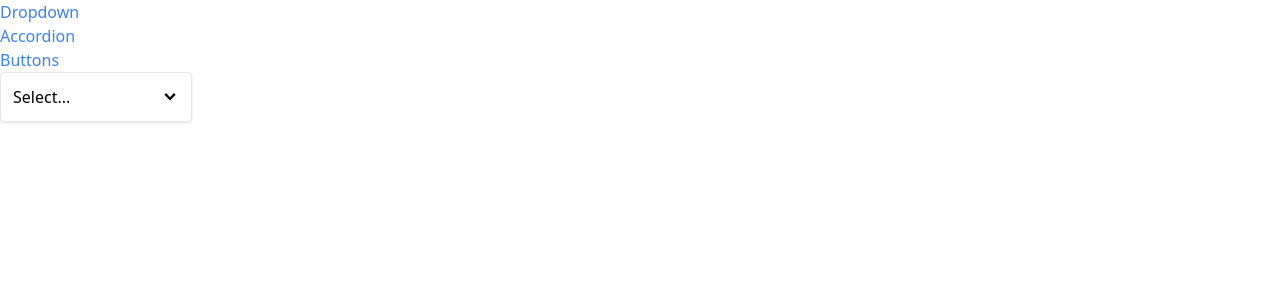
Repository: stavan30/components
Page: /
The author's editor kept a copy of each file at every save. The page is drawn from the files as they stood at one save, then again after the next save.
The browser window is 1280 px wide. The pictures show the whole page.
The project was rebuilt for these pictures with package versions that can differ from the ones it lists, and the page was loaded fresh each time. Also part of the build but not shown: src/components/Accordion.js, src/pages/AccordionPage.js, src/components/Button.js, src/pages/ButtonPage.js.

Above is the page before, as saved 2024-03-19 01:19:02.

After the next save:
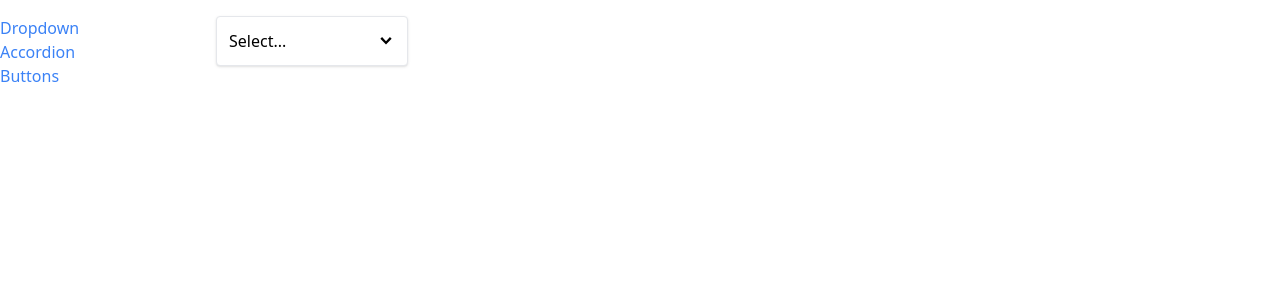
Saved 2 min 24 s later.
--- a/src/App.js
+++ b/src/App.js
@@ -6,9 +6,9 @@ import ButtonPage from './pages/ButtonPage'
 
 const App = () => {
   return (
-    <div>
+    <div className='container mx-auto grid grid-cols-6 gap-4 mt-4'>
         <Sidebar/>
-        <div>
+        <div className='col-span-5'>
             <Route path='/accordion'>
                 <AccordionPage/>
             </Route>
